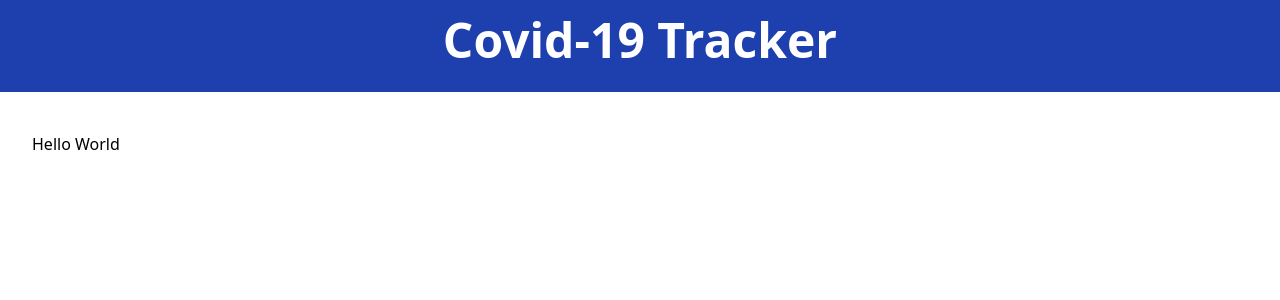
Repository: starcode72/vue-covid-tracker
Page: /
The author's editor kept a copy of each file at every save. The page is drawn from the files as they stood at one save, then again after a run of saves.
The browser window is 1280 px wide. The pictures show the whole page.
The project was rebuilt for these pictures with package versions that can differ from the ones it lists, and the page was loaded fresh each time. Also part of the build but not shown: vue.config.js.

Above is the page before, as saved 2022-04-30 08:29:00.

After the next 4 saves:
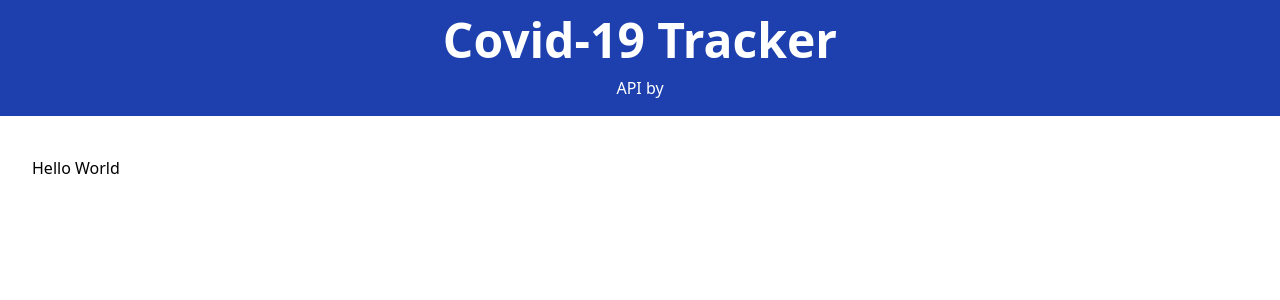
The 4 saves are shown as one change because they came seconds apart.
The last was saved 26 s later.
--- a/src/components/Header.vue
+++ b/src/components/Header.vue
@@ -1,6 +1,8 @@
 <template>
   <header class="text-center bg-blue-800 text-white p-4 mb-10" >
     <div class="text-3xl md:text-5xl font-bold mb-3">Covid-19 Tracker</div>
+
+    <p>API by <a href=""></a></p>
   </header>
 </template>
 
